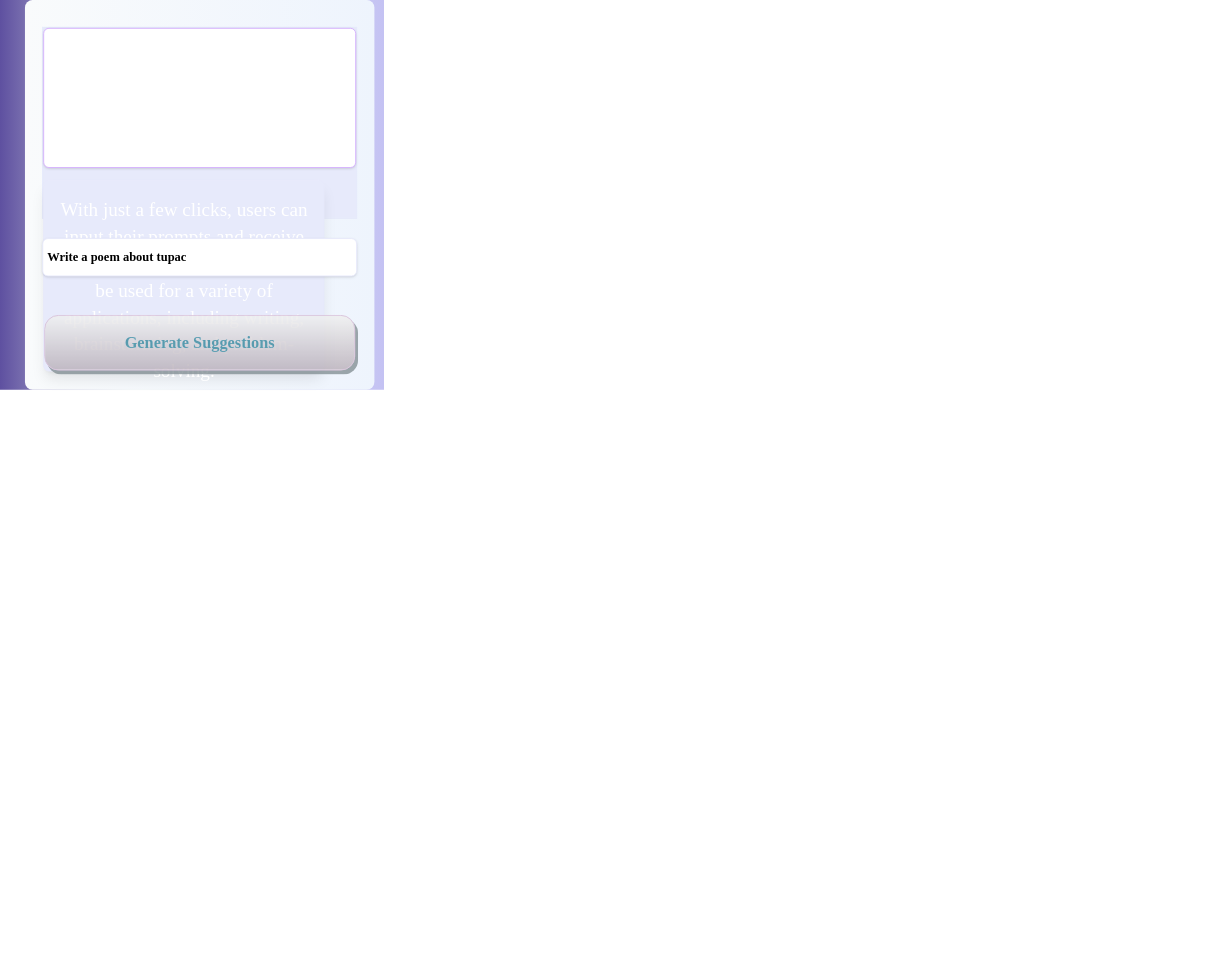
Repository: djdjdallas/AskAlex
Page: /
An editor plug-in stored every save of this project. The page is shown before and after the next save, followed by the edit.
The browser window is 1280 px wide. The pictures show the whole page, at 96% of full size.
The project was rebuilt for these pictures with package versions that can differ from the ones it lists, and the page was loaded fresh each time. Also part of the build but not shown: webpack.config.js.

Above is the page before, as saved 2023-02-27 17:34:16.

After the next save:
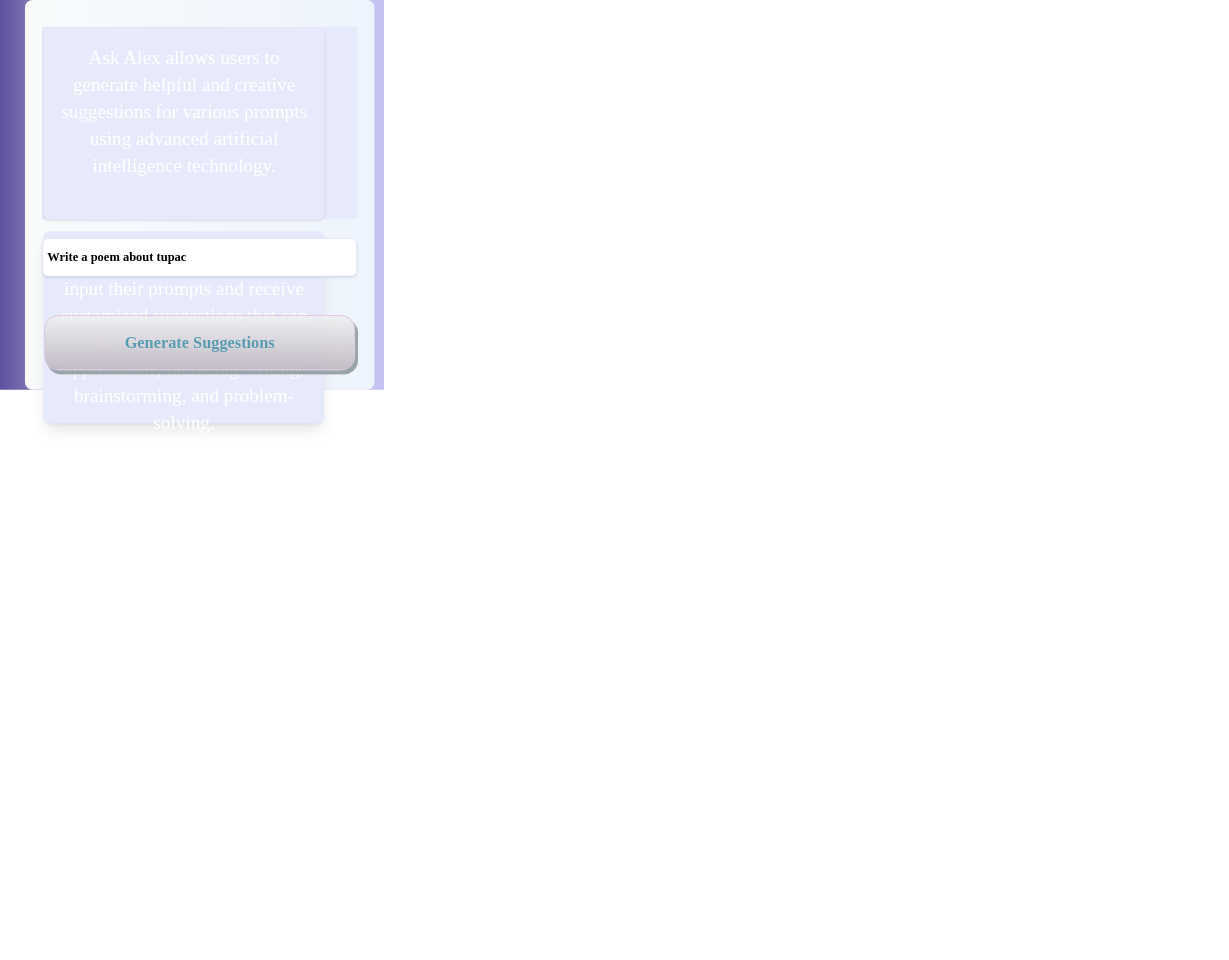
Saved 45 s later.
--- a/src/popup.js
+++ b/src/popup.js
@@ -43,7 +43,7 @@
       <div className="flex justify-center items-center w-[100%] mt-3">
         {suggestions ? (
           <div className="infoBox w-[90%] h-[100%] mt-4 text-xl space-y-3 flex-row justify-center items-center">
-            <div className="border-[1px] border-purple-300 p-4 rounded-md shadow bg-white ">
+            <div className="infoBox border-[1px] border-purple-300 p-4 rounded-md shadow bg-white ">
               <h1 style={{ fontFamily: "Baskeville" }}>
                 Ask Alex allows users to generate helpful and creative
                 suggestions for various prompts using advanced artificial
